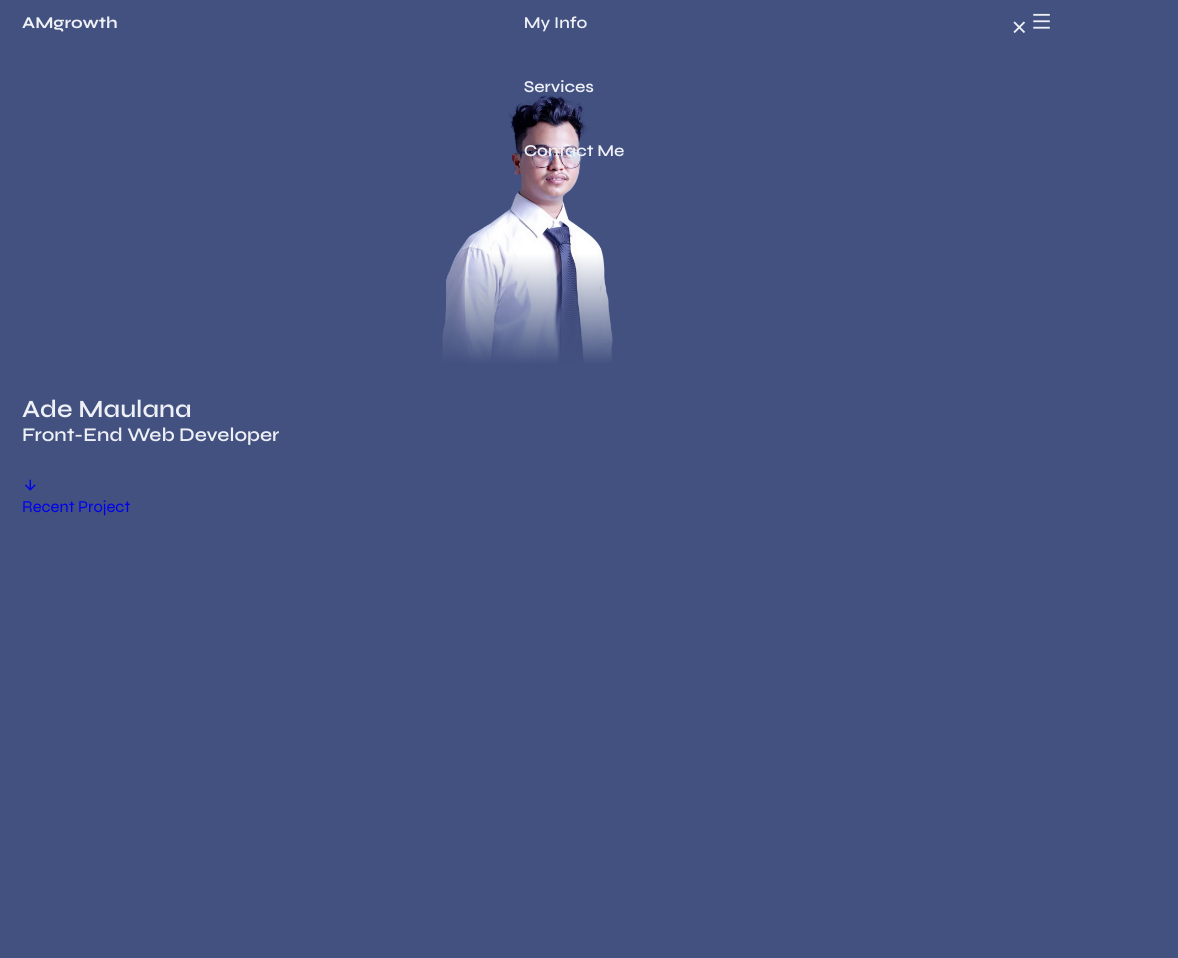
Repository: Ademaulana100499/portofolio
Page: index.html
An editor plug-in stored every save of this project. The page is shown before and after the next save, followed by the edit.
The browser window is 1280 px wide. The pictures show the whole page, at 92% of full size.
Some web fonts or font styles are not loaded; a fallback is used.

Above is the page before, as saved 2024-11-28 16:59:06.

### index.html
<!DOCTYPE html>
<html lang="en">
  <head>
    <meta charset="UTF-8" />
    <meta name="viewport" content="width=device-width, initial-scale=1.0" />
    <title>AMgrowth</title>
    <link rel="shortcut icon" href="assets/img/Favicon.png" />
    <link
      href="https://cdn.jsdelivr.net/npm/remixicon/fonts/remixicon.css"
      rel="stylesheet"
    />
    <link rel="stylesheet" href="assets/css/style.css" />
  </head>
  <body>
    <!-- HEADER -->
    <header class="header" id="header">
      <nav class="nav container">
        <a href="#" class="nav__logo">AMgrowth</a>
        <div class="nav__menu" id="nav-menu">
          <ul class="nav__list">
            <li>
              <a href="#home" class="nav__link">Home</a>
            </li>
            <li>
              <a href="#project" class="nav__link">Project</a>
            </li>
            <li>
              <a href="#info" class="nav__link">My Info</a>
            </li>
            <li>
              <a href="#services" class="nav__link">Services</a>
            </li>
            <li>
              <a href="#contact" class="nav__link">Contact Me</a>
            </li>
          </ul>
          <!-- Close Button -->
          <div class="nav__close" id="nav-close">
            <i class="ri-close-line"></i>
          </div>
        </div>

        <!-- Toggle Button -->
        <div class="nav__toggle" id="nav-toggle">
          <i class="ri-menu-line"></i>
        </div>
      </nav>
    </header>

    <!-- MAIN -->
    <main class="main" id="main">
      <!-- HOME -->
      <section class="home section" id="home">
        <div class="home__container container grid">
          <img src="assets/img/Photo.png" alt="image" class="home__img" />
          <div class="home__data">
            <h1>Ade Maulana</h1>
            <h3>Front-End Web Developer</h3>
          </div>
          <a href="#project" class="home__scroll">
            <div class="home__scroll-box">
              <i class="ri-arrow-down-line"></i>
            </div>
            <span class="home__scroll-text">Recent Project</span>
          </a>
        </div>
      </section>
      <!-- PROJECT -->
      <section class="project section" id="project"></section>
      <!-- INFO -->
      <section class="info section" id="info"></section>
      <!-- SERVICES -->
      <section class="services section" id="services"></section>
      <!-- CONTACT -->
      <section class="contact section" id="contact"></section>
    </main>

    <!-- FOOTER -->
    <footer class="footer" id="footer"></footer>
    <!-- SCROLL UP -->
    <!-- SCROLLREVEAL -->
    <script src=""></script>
    <!-- EMAIL JS -->
    <script src=""></script>
    <!-- MAIN JS -->
    <script src="assets/js/main.js"></script>
  </body>
</html>

### assets/css/style.css
@import url("https://fonts.googleapis.com/css2?family=Kite+One&family=Oooh+Baby&family=Orelega+One&family=Poppins:ital,wght@0,100;0,200;0,300;0,400;0,500;0,600;0,700;0,800;0,900;1,100;1,200;1,300;1,400;1,500;1,600;1,700;1,800;1,900&family=Syne:wght@400..800&display=swap");

/* VARIABLE CSS */
:root {
  --header-height: 3rem;

  /* Colors */
  --hue: 230;
  --first-color: hsl(var(--hue), 55%, 55%);
  --first-color-light: hsl(var(--hue), 55%, 65%);
  --first-color-alt: hsl(var(--hue), 50%, 50%);
  --title-color: hsl(var(--hue), 30%, 95%);
  --text-color: hsl(var(--hue), 20%, 80%);
  --text-color-light: hsl(var(--hue), 20%, 70%);
  --body-color: hsl(225, 32%, 38%);
  --container-color: hsl(var(--hue), 40%, 20%);

  /* Font and typography */
  --body-font: "Syne", sans-serif;
  --biggest-font-size: 3rem;
  --h1-font-size: 1.5rem;
  --h2-font-size: 1.25rem;
  --h3-font-size: 1rem;
  --normal-font-size: 0.938rem;
  --small-font-size: 0.813rem;

  /* Font weight */
  --font-regular: 400;
  --font-semi-bold: 600;
  --font-bold: 700;

  /* z index */
  --z-tooltip: 10;
  --z-fixed: 100;
}
/* Responsive typography */
@media screen and (min-width: 1150px) {
  :root {
    --biggest-font-size: 5.5rem;
    --big-font-size: 2.75rem;
    --h1-font-size: 2.25rem;
    --h2-font-size: 1.5rem;
    --h3-font-size: 1.25rem;
    --normal-font-size: 1.125rem;
    --small-font-size: 0.875rem;
  }
}

/* BASE */
* {
  margin: 0;
  padding: 0;
  box-sizing: border-box;
}

html {
  scroll-behavior: smooth;
}

body,
input,
textarea,
button {
  font-family: var(--body-font);
  font-size: var(--normal-font-size);
}

body {
  background-color: var(--body-color);
  color: var(--text-color);
}
input,
button,
textarea {
  outline: none;
  border: none;
}

h1,
h2,
h3 {
  color: var(--title-color);
  font-weight: var(--font-semi-bold);
}
p {
  line-height: 130%;
}

ul {
  list-style: none;
}

a {
  text-decoration: none;
}

img {
  display: block;
  max-width: 100%;
  height: auto;
}

/* REUSABLE CSS CLASSES */
.container {
  max-width: 1120px;
  margin-inline: 1.5rem;
}

.grid {
  display: grid;
  gap: 1.5rem;
}

.section {
  padding-block: 5rem 2rem;
}

.section__title {
  font-size: var(--h1-font-size);
  text-align: center;
  margin-bottom: 2rem;
  font-weight: var(--font-bold);
}
main {
  overflow: hidden;
}

/* HEADER & NAV */
.header {
  position: fixed;
  width: 100%;
  top: 0;
  left: 0;
  background-color: transparent;
  z-index: var(--z-fixed);
}
.nav {
  position: relative;
  height: var(--header-height);
  display: flex;
  justify-content: space-between;
  align-items: center;
}

.nav__logo {
  color: var(--title-color);
  font-weight: var(--font-bold);
}
.nav__toggle,
.nav__close {
  font-size: 1.5rem;
  cursor: pointer;
  color: var(--title-color);
}
/* Navigation for mobile */
@media screen and (max-width: 1150px) {
  .nav__menu {
    position: fixed;
    top: 0;
    right: -100%;
    background-color: hsla(var(--hue), 70%, 4%, 0.2);
    backdrop-filter: blur(16px);
    -webkit-backdrop-filter: blur(16px);
    width: 80%;
    height: 100%;
    padding: 7rem 3rem;
    transition: right 0.4s;
  }
}
.nav__list {
  display: flex;
  flex-direction: column;
  row-gap: 3rem;
}
.nav__link {
  position: relative;
  color: var(--title-color);
  font-weight: var(--font-semi-bold);
  transition: color 0.4s;
}
.nav__link::after {
  content: "";
  width: 0;
  height: 2px;
  background-color: var(--first-color-light);
  position: absolute;
  left: 0;
  bottom: -0.5rem;
  transition: width 0.3s;
}
.nav__link:hover {
  color: var(--first-color-light);
}
.nav__link:hover::after {
  width: 30%;
}
.nav__close {
  position: absolute;
  top: 1rem;
  right: 1.5rem;
}

/* Show Menu */
.show-menu {
  right: 0;
}
/* Add blur to header */
/* Active link */

/* HOME */
.home__container {
  row-gap: 2rem;
  padding-top: 1rem;
}

.home__img {
  width: 300px;
  justify-self: center;
  mask-image: linear-gradient(
    to bottom,
    hsla(var(--hue), 40%, 16%) 60%,
    transparent 100%
  );
}

### assets/js/main.js
const navMenu = document.getElementById("nav-menu"),
  navToggle = document.getElementById("nav-toggle"),
  navClose = document.getElementById("nav-close");

if (navToggle) {
  navToggle.addEventListener("click", () => {
    navMenu.classList.add("show-menu");
  });
}

if (navClose) {
  navClose.addEventListener("click", () => {
    navMenu.classList.remove("show-menu");
  });
}

const navLink = document.querySelectorAll(".nav__link");
const linkAction = () => {
  const navMenu = document.getElementById("nav-menu");
  navMenu.classList.remove("show-menu");
};
navLink.forEach((n) => n.addEventListener("click", linkAction));

After the next save:
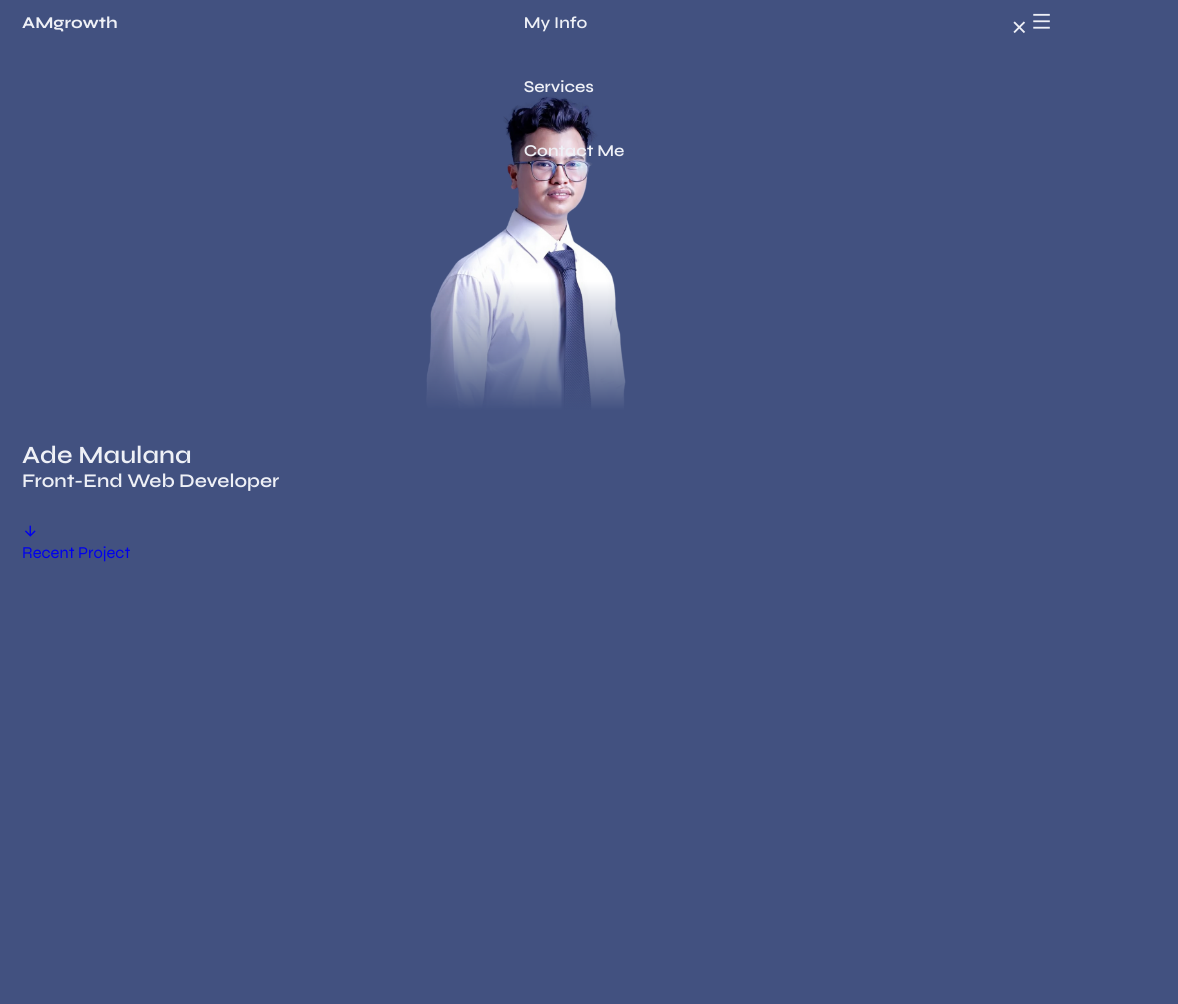
Saved 9 s later.
--- a/assets/css/style.css
+++ b/assets/css/style.css
@@ -214,7 +214,7 @@ main {
 }
 
 .home__img {
-  width: 300px;
+  width: 350px;
   justify-self: center;
   mask-image: linear-gradient(
     to bottom,
